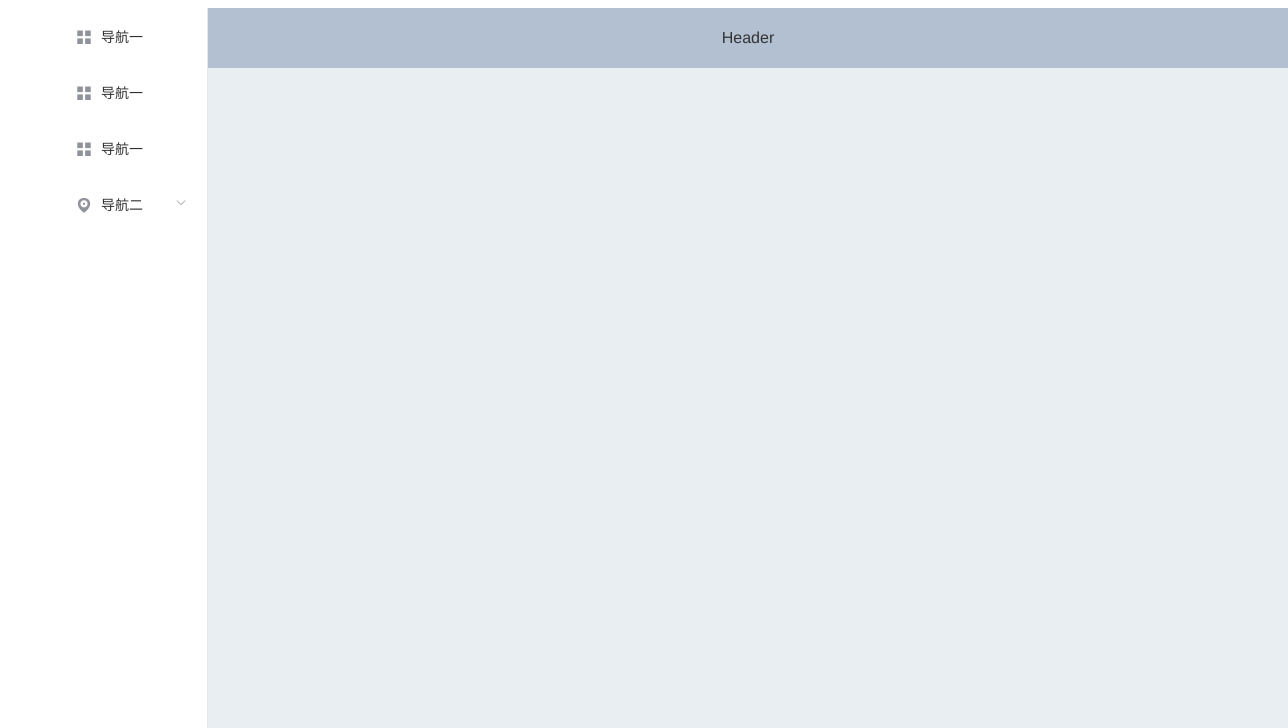
Repository: tkqi/manage
Page: /
The author's editor kept a copy of each file at every save. The page is drawn from the files as they stood at one save, then again after the next save.
The browser window is 1280 px wide. The page is 1288 px wide, so the pictures cover 1288 px, including what lies to the right of the window. The pictures show the whole page.
The project was rebuilt for these pictures with package versions that can differ from the ones it lists, and the page was loaded fresh each time. Also part of the build but not shown: vue.config.js.

Above is the page before, as saved 2023-12-01 13:53:33.

### src/main.js
import Vue from 'vue'
import App from './App.vue'
import router from './router'
import store from './store'
import ElementUI from 'element-ui';
import 'element-ui/lib/theme-chalk/index.css';

Vue.config.productionTip = false
Vue.use(ElementUI);

new Vue({
  router,
  store,
  render: h => h(App)
}).$mount('#app')

### src/App.vue
<template>
  <div id="app">
    <!-- 路由出口 -->
    <router-view/>
  </div>
</template>

<style lang="less">
#app {
  font-family: Avenir, Helvetica, Arial, sans-serif;
  -webkit-font-smoothing: antialiased;
  -moz-osx-font-smoothing: grayscale;
  text-align: center;
  color: #2c3e50;
  height: 100%;
}

nav {
  padding: 30px;

  a {
    font-weight: bold;
    color: #2c3e50;

    &.router-link-exact-active {
      color: #42b983;
    }
  }
}

html,
body {
  width: 100%;
  height: 100%;
}

</style>

### src/router/index.js
import Vue from 'vue'
import VueRouter from 'vue-router'
import routes from './routes'
Vue.use(VueRouter)


const router = new VueRouter({
  routes: routes
})

// 暴露router实例
export default router

### src/router/routes.js
export default [
    // 主路由
    {
        path: '/',
        component: () => import('../views/Main.vue'),
        // 子路由
        children: [
            {
                path: '/home',
                // 路由组件懒加载
                component: () => import('../views/Home.vue')
            },
            {
                path: '/user',
                component: () => import('../views/User.vue')
            }
        ]
    },
    {
        path: '/home',
        // 路由组件懒加载
        component: () => import('../views/Home.vue')
    },
    {
        path: '/user',
        component: () => import('../views/User.vue')
    }
]

### src/views/Main.vue
<!-- eslint-disable vue/multi-word-component-names -->
<template>
    <div class="container">
        <el-container class="inside">
            <el-aside width="200px"><sidebar/></el-aside>
            <el-container>
                <el-header>Header</el-header>
                <el-main><router-view /></el-main>
            </el-container>
        </el-container>

    </div>
</template>

<script>
import sidebar from '../components/sidebar.vue'
export default {
    components:{
        sidebar
    }
}
</script>

<style lang="less">
.el-header,
.el-footer {
    background-color: #B3C0D1;
    color: #333;
    text-align: center;
    line-height: 60px;
}

.el-aside {
    background-color: #D3DCE6;
    color: #333;
    text-align: center;
    line-height: 200px;
}

.el-main {
    background-color: #E9EEF3;
    color: #333;
    text-align: center;
    line-height: 160px;
}

.container{
    height: 100%;
}
.inside{
    height: 100%;
}
</style>

### src/components/sidebar.vue
<!-- eslint-disable vue/multi-word-component-names -->
<template>
    <el-menu default-active="1-4-1" class="menu" @open="handleOpen" @close="handleClose" :collapse="isCollapse">
        <el-menu-item v-for="item in noChildren" :key="item.name" index="item.name">
            <i class="el-icon-menu"></i>
            <span slot="title">导航一</span>
        </el-menu-item>
        <el-submenu index="2">
            <template slot="title">
                <i class="el-icon-location"></i>
                <span slot="title">导航二</span>
            </template>
            <el-menu-item-group>
                <!-- <span slot="title">分组一</span> -->
                <el-menu-item index="2-1">选项1</el-menu-item>
            </el-menu-item-group>
        </el-submenu>
    </el-menu>
</template>


<style>
.el-menu-vertical-demo:not(.el-menu--collapse) {
    width: 200px;
    min-height: 400px;
}
</style>

<script>
export default {
    computed: {
        // 无子菜单
        noChildren() {
            return this.menuData.filter(o => !o.children);
        },
        // 有子菜单
        hasChildren() {
            return this.menuData.filter(o => o.children);
        }
    },
    data() {
        return {
            isCollapse: false,
            menuData: [
                {
                    path: '/',
                    name: 'home',
                    label: "首页",
                    icon: 'el-icon-s-home',
                    url: 'Home/Home'
                },
                {
                    path: '/mall',
                    name: 'mall',
                    label: "商品管理",
                    icon: 'el-icon-s-shop',
                    url: 'MallManage/MallManage'
                },
                {
                    path: '/user',
                    name: 'user',
                    label: "用户管理",
                    icon: 'el-icon-s-custom',
                    url: 'UserManage/UserManage'
                },
                {
                    label: '其他',
                    icon: 's-other',
                    children: [
                        {
                            path: '/page1',
                            name: 'page1',
                            label: "页面1",
                            icon: 'el-icon-s-claim',
                            url: 'Other/PageOne'
                        },
                        {
                            path: '/page2',
                            name: 'page2',
                            label: "页面2",
                            icon: 'el-icon-s-claim',
                            url: 'Other/PageTwo'
                        },
                    ]
                }
            ]
        };
    },
    methods: {
        handleOpen(key, keyPath) {
            console.log(key, keyPath);
        },
        handleClose(key, keyPath) {
            console.log(key, keyPath);
        }
    }
}
</script>

<style lang="less">
.menu {
    width: auto;
    height: 100%;
}
</style>

Loaded but not shown: public/index.html (common file); src/store/index.js (common file)

After the next save:
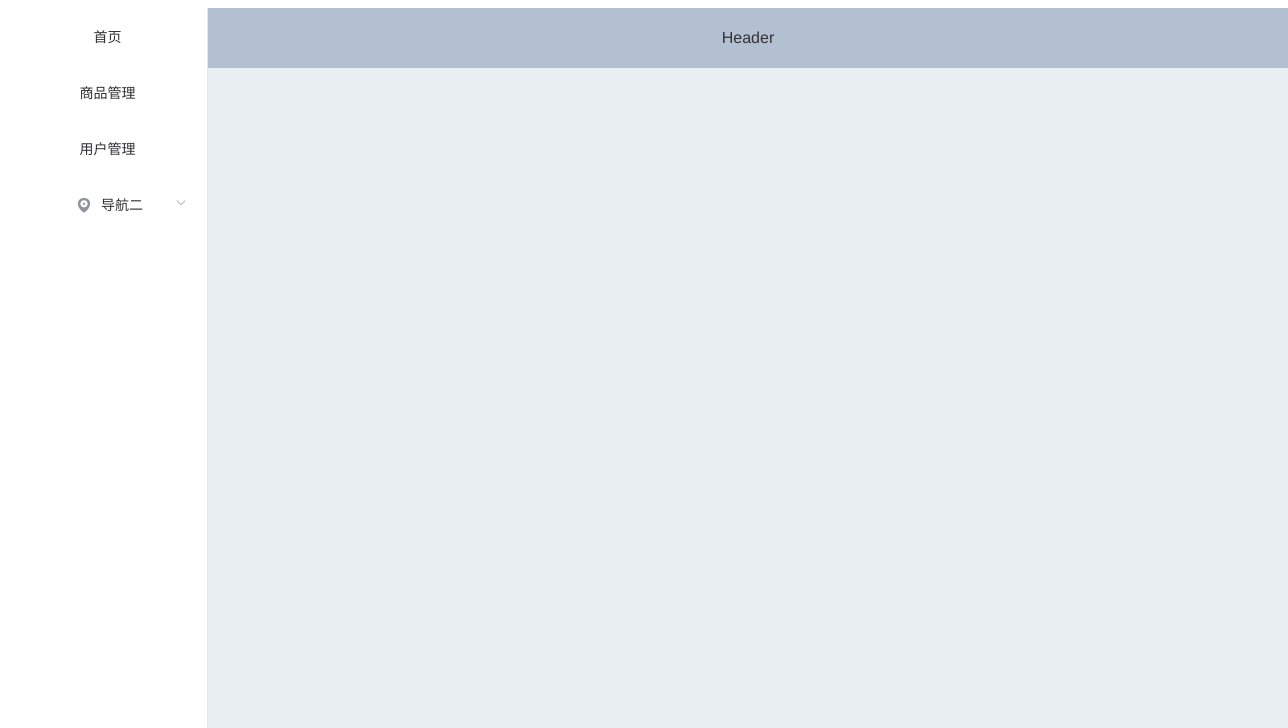
Saved 2 min 10 s later.
--- a/src/components/sidebar.vue
+++ b/src/components/sidebar.vue
@@ -2,8 +2,8 @@
 <template>
     <el-menu default-active="1-4-1" class="menu" @open="handleOpen" @close="handleClose" :collapse="isCollapse">
         <el-menu-item v-for="item in noChildren" :key="item.name" index="item.name">
-            <i class="el-icon-menu"></i>
-            <span slot="title">导航一</span>
+            <i :class="'el-icon'+item.icon"></i>
+            <span slot="title">{{ item.label }}</span>
         </el-menu-item>
         <el-submenu index="2">
             <template slot="title">
@@ -46,21 +46,21 @@ export default {
                     path: '/',
                     name: 'home',
                     label: "首页",
-                    icon: 'el-icon-s-home',
+                    icon: 's-home',
                     url: 'Home/Home'
                 },
                 {
                     path: '/mall',
                     name: 'mall',
                     label: "商品管理",
-                    icon: 'el-icon-s-shop',
+                    icon: 's-shop',
                     url: 'MallManage/MallManage'
                 },
                 {
                     path: '/user',
                     name: 'user',
                     label: "用户管理",
-                    icon: 'el-icon-s-custom',
+                    icon: 's-custom',
                     url: 'UserManage/UserManage'
                 },
                 {
@@ -71,14 +71,14 @@ export default {
                             path: '/page1',
                             name: 'page1',
                             label: "页面1",
-                            icon: 'el-icon-s-claim',
+                            icon: 's-claim',
                             url: 'Other/PageOne'
                         },
                         {
                             path: '/page2',
                             name: 'page2',
                             label: "页面2",
-                            icon: 'el-icon-s-claim',
+                            icon: 's-claim',
                             url: 'Other/PageTwo'
                         },
                     ]
